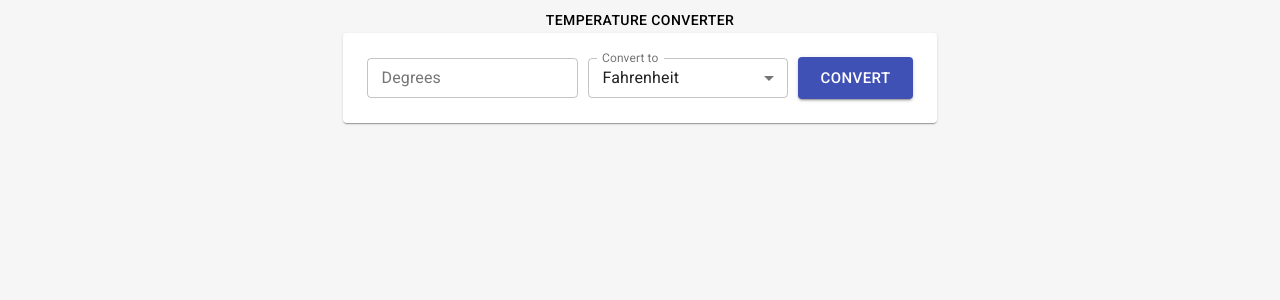
Repository: zum281/temperature-converter
Page: /
These files come from the project's save history. The page is drawn as it stood at one moment and after the next save; the edit follows.
The browser window is 1280 px wide. The pictures show the whole page.
The project was rebuilt for these pictures with package versions that can differ from the ones it lists, and the page was loaded fresh each time. Also part of the build but not shown: src/components/Result.js.

Above is the page before, as saved 2021-07-09 14:50:15.

### public/index.html
<!DOCTYPE html>
<html lang="en">

  <head>
    <meta charset="utf-8" />
    <link rel="icon" href="%PUBLIC_URL%/favicon.ico" />
    <meta name="viewport" content="width=device-width, initial-scale=1" />
    <meta name="theme-color" content="#000000" />
    <meta name="description" content="Web site created using create-react-app" />
    <link rel="apple-touch-icon" href="%PUBLIC_URL%/logo192.png" />
    <!--
      manifest.json provides metadata used when your web app is installed on a
      user's mobile device or desktop. See https://developers.google.com/web/fundamentals/web-app-manifest/
    -->
    <link rel="manifest" href="%PUBLIC_URL%/manifest.json" />
    <!--
      Notice the use of %PUBLIC_URL% in the tags above.
      It will be replaced with the URL of the `public` folder during the build.
      Only files inside the `public` folder can be referenced from the HTML.

      Unlike "/favicon.ico" or "favicon.ico", "%PUBLIC_URL%/favicon.ico" will
      work correctly both with client-side routing and a non-root public URL.
      Learn how to configure a non-root public URL by running `npm run build`.
    -->
    <link rel="stylesheet" href="https://fonts.googleapis.com/css?family=Roboto:300,400,500,700&display=swap" />
    <title>Temperature Converter</title>
  </head>

  <body>
    <noscript>You need to enable JavaScript to run this app.</noscript>
    <div id="root"></div>
    <!--
      This HTML file is a template.
      If you open it directly in the browser, you will see an empty page.

      You can add webfonts, meta tags, or analytics to this file.
      The build step will place the bundled scripts into the <body> tag.

      To begin the development, run `npm start` or `yarn start`.
      To create a production bundle, use `npm run build` or `yarn build`.
    -->
  </body>

</html>

### src/index.css
body {
    background-color: #f6f6f6;
}

/* Chrome, Safari, Edge, Opera */
input::-webkit-outer-spin-button,
input::-webkit-inner-spin-button {
    -webkit-appearance: none;
    margin: 0;
}

/* Firefox */
input[type="number"] {
    -moz-appearance: textfield;
}

### src/App.js
import { makeStyles } from "@material-ui/core/styles";
import { Typography } from "@material-ui/core";
import Calculator from "./components/Calculator";

const useStyles = makeStyles((theme) => {
    return {
        root: {
            display: "flex",
            flexDirection: "column",
            alignItems: "center",
            justifyContent: "center",
            alignSelf: "center",
        },
    };
});
function App() {
    const classes = useStyles();
    return (
        <div className={classes.root}>
            <Typography variant="button" component="h1">
                Temperature Converter
            </Typography>
            <Calculator />
        </div>
    );
}

export default App;

### src/components/Calculator.js
import { makeStyles } from "@material-ui/core/styles";
import { Paper, Button, TextField, MenuItem } from "@material-ui/core";
import { useState } from "react";
import Result from "./Result";

const useStyles = makeStyles((theme) => {
    return {
        paper: {
            padding: theme.spacing(3),
            maxWidth: "600px",
        },
        form: {
            display: "flex",
            alignItems: "center",
            justifyContent: "center",
            gap: "10px",
        },

        select: {
            minWidth: "200px",
        },
    };
});

const Calculator = () => {
    const types = ["Fahrenheit", "Celsius"];
    const classes = useStyles();
    const [type, setType] = useState(types[0]);
    const [degrees, setDegrees] = useState("");
    const [result, setResult] = useState({
        value: null,
        unit: null,
    });
    const inputNumberProps = {
        step: 0.01,
    };

    const handleClick = () => {
        if (type && degrees) {
            if (type === types[1]) {
                // f to c
                let t_celsius = (degrees - 32) * (5 / 9);
                let res = {
                    value: t_celsius.toPrecision(4),
                    unit: "°C",
                };
                setResult({ ...res });
            } else {
                // c to f
                let t_fahrenheit = degrees * (9 / 5) + 32;
                let res = {
                    value: t_fahrenheit.toPrecision(4),

                    unit: "°F",
                };
                setResult({ ...res });
            }
        } else {
            console.log("error");
        }
    };
    return (
        <Paper className={classes.paper}>
            <form noValidate autoComplete="off" className={classes.form}>
                <TextField
                    type="number"
                    size="small"
                    variant="outlined"
                    label="Degrees"
                    inputProps={inputNumberProps}
                    value={degrees}
                    onChange={(event) =>
                        setDegrees(parseFloat(event.target.value))
                    }
                />

                <TextField
                    select
                    label="Convert to"
                    value={type}
                    onChange={(event) => setType(event.target.value)}
                    variant="outlined"
                    size="small"
                    className={classes.select}
                >
                    {types.map((option) => (
                        <MenuItem key={option} value={option}>
                            {option}
                        </MenuItem>
                    ))}
                </TextField>

                <Button
                    variant="contained"
                    color="primary"
                    size="large"
                    onClick={handleClick}
                >
                    convert
                </Button>
            </form>

            {result.value && <Result value={result.value} unit={result.unit} />}
        </Paper>
    );
};

export default Calculator;

Loaded but not shown: src/index.js (common file)

After the next save:
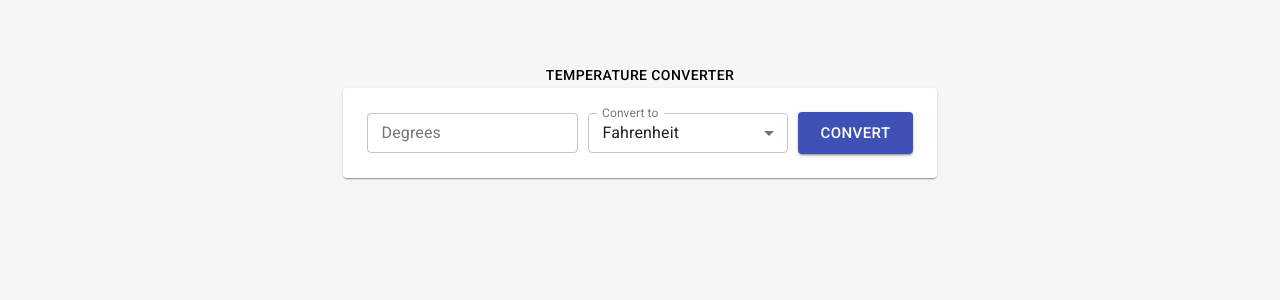
Saved 21 s later.
--- a/src/App.js
+++ b/src/App.js
@@ -9,7 +9,7 @@ const useStyles = makeStyles((theme) => {
             flexDirection: "column",
             alignItems: "center",
             justifyContent: "center",
-            alignSelf: "center",
+            marginTop: "5%",
         },
     };
 });
